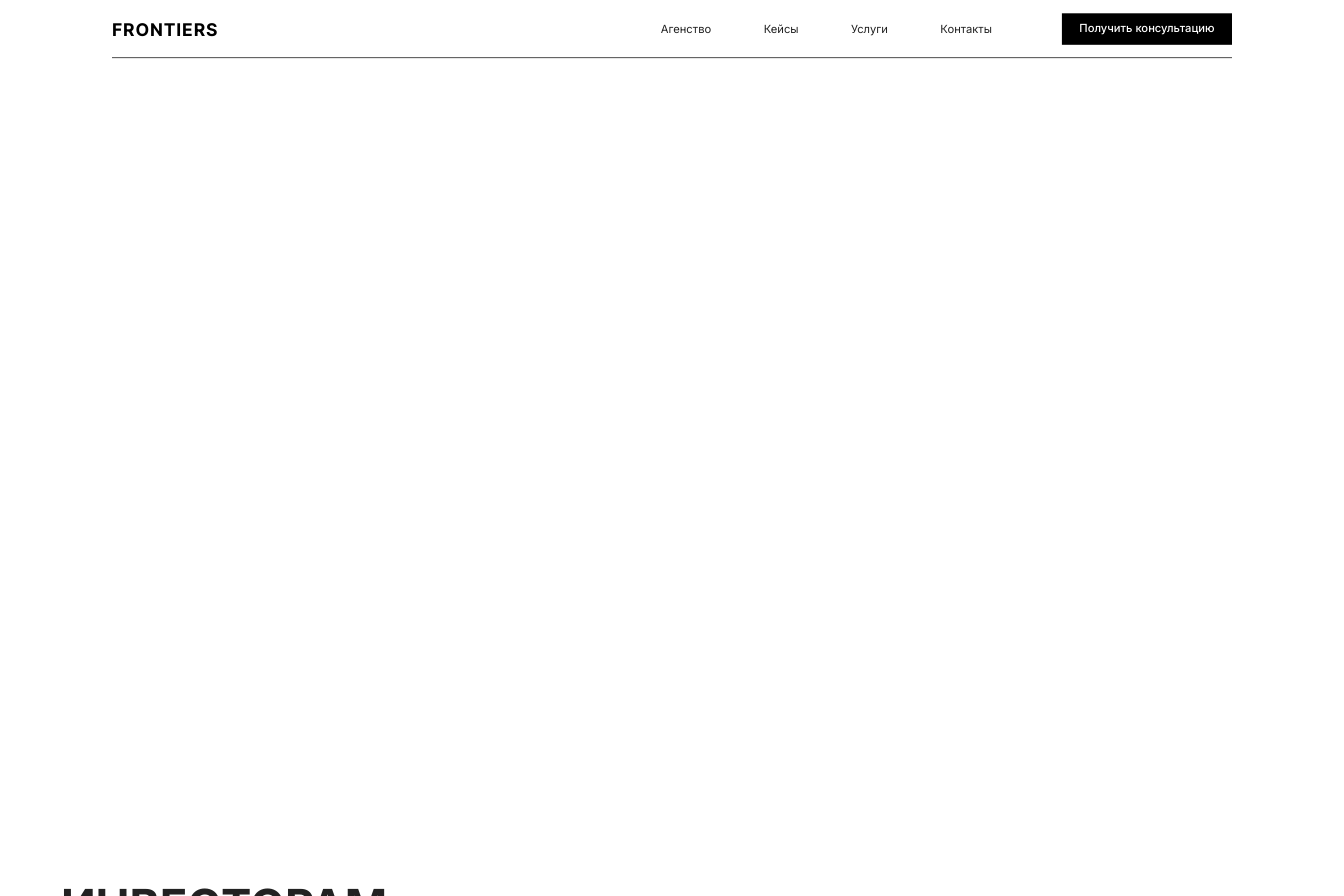
Repository: NadyaKorvin/frontiers
Page: /
These files come from the project's save history. The page is drawn as it stood at one moment and after the next save; the edit follows.
The browser window is 1280 px wide. The page is 1920 px wide, so the pictures cover 1920 px, including what lies to the right of the window. The pictures show the part of the page from y = 0 to 1280 px (the page is 1728 px tall), at 70% of full size.
The project was rebuilt for these pictures with package versions that can differ from the ones it lists, and the page was loaded fresh each time.

Above is the page before, as saved 2022-05-23 03:57:31.

After the next save:
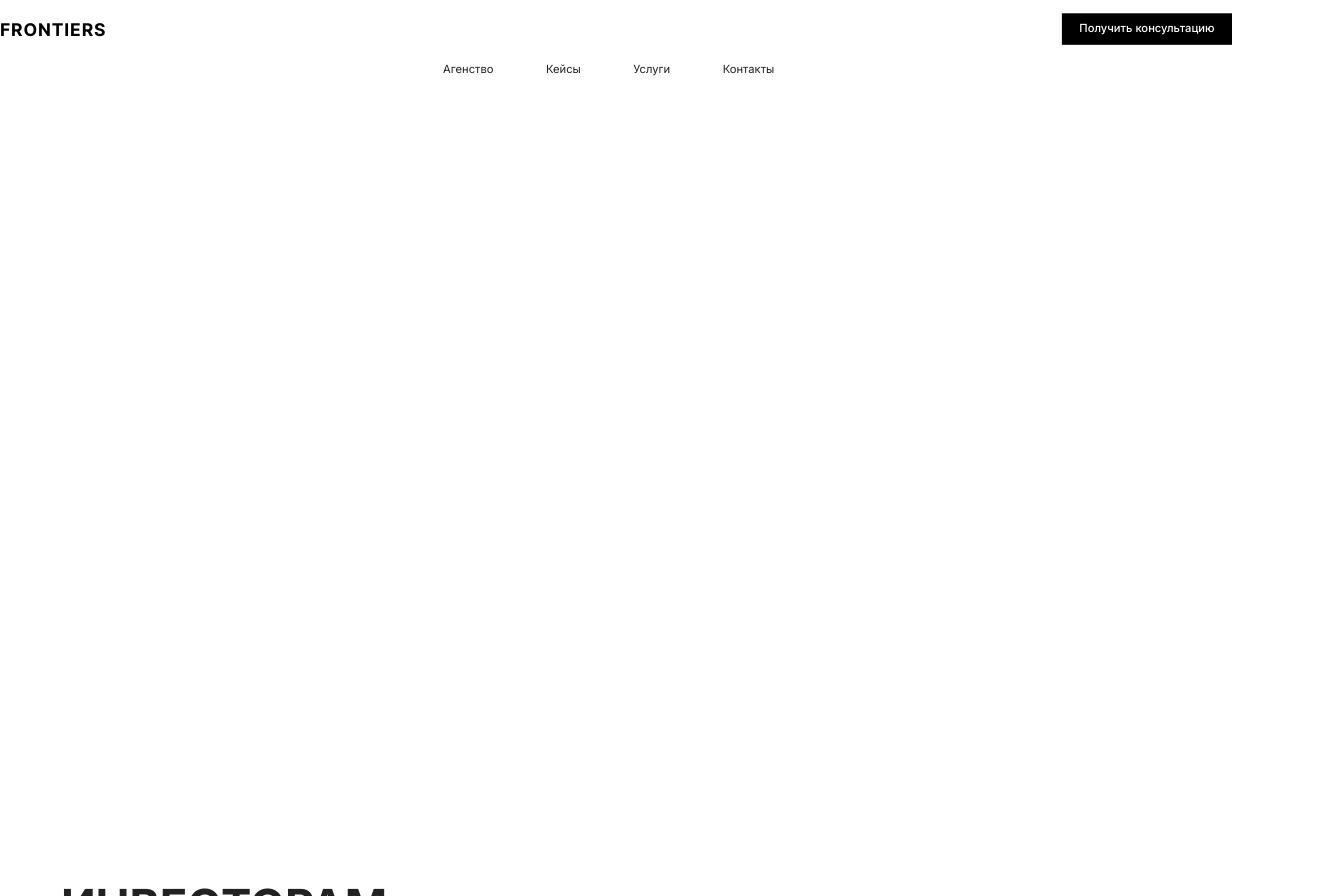
Saved 42 s later.
--- a/src/components/firstScreen/FirstScreenAnimation.js
+++ b/src/components/firstScreen/FirstScreenAnimation.js
@@ -5,7 +5,7 @@ export default function FirstScreenAnimation() {
   return (
     <>
       <section className={style.first__screen}>
-        <div className={style.menu}>
+        <div className={style.header}>
           <div className={style.logotype}>FRONTIERS</div>
           <nav className={style.nav__sidebar}>
             <ul>Агенство</ul>

After the save that followed:
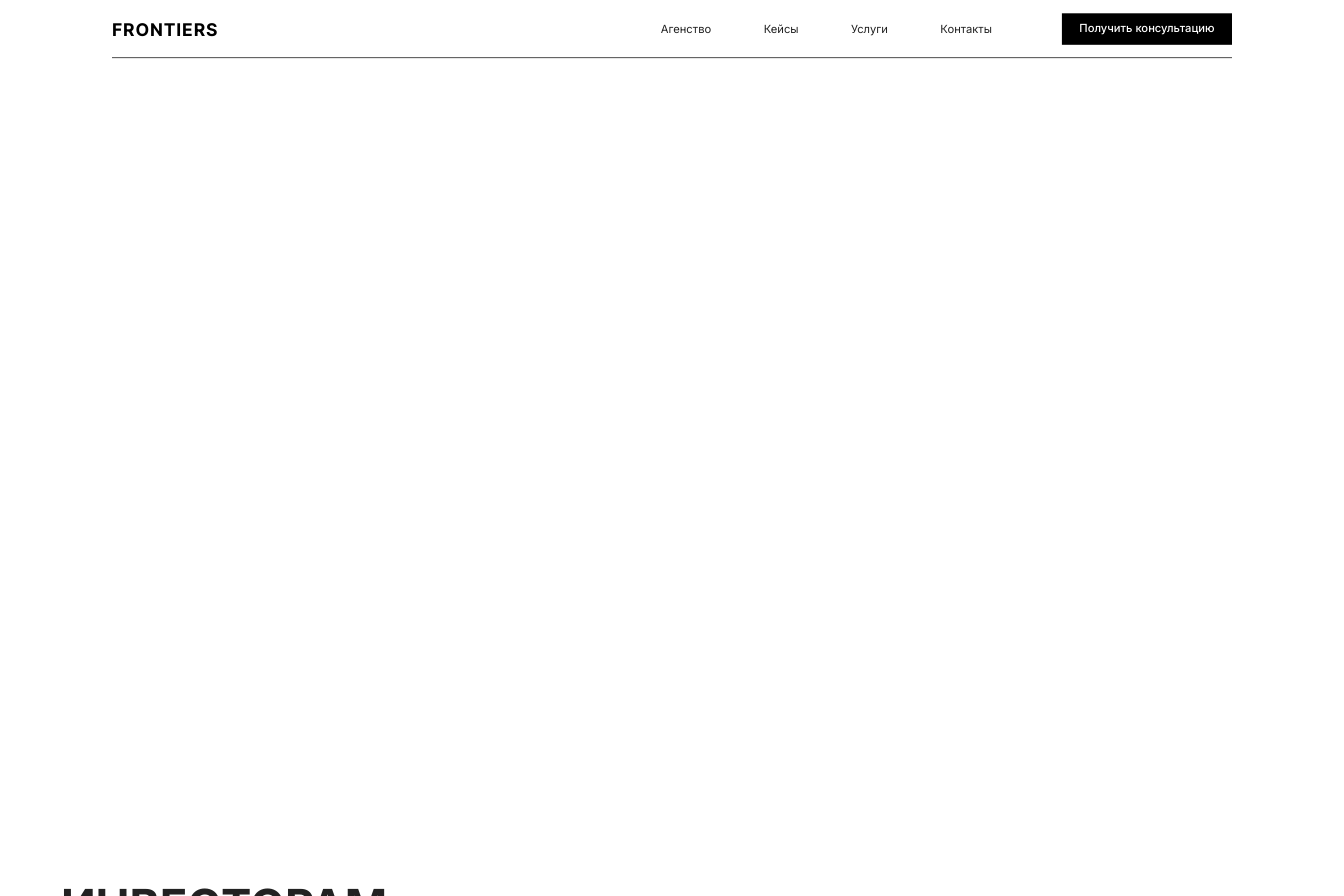
Saved 10 s later.
--- a/src/components/firstScreen/FirstScreen.module.css
+++ b/src/components/firstScreen/FirstScreen.module.css
@@ -3,7 +3,7 @@
   height: 1080px;
 }
 
-.menu {
+.header {
   width: 1600px;
   height: 82px;
   margin: 0 160px;
